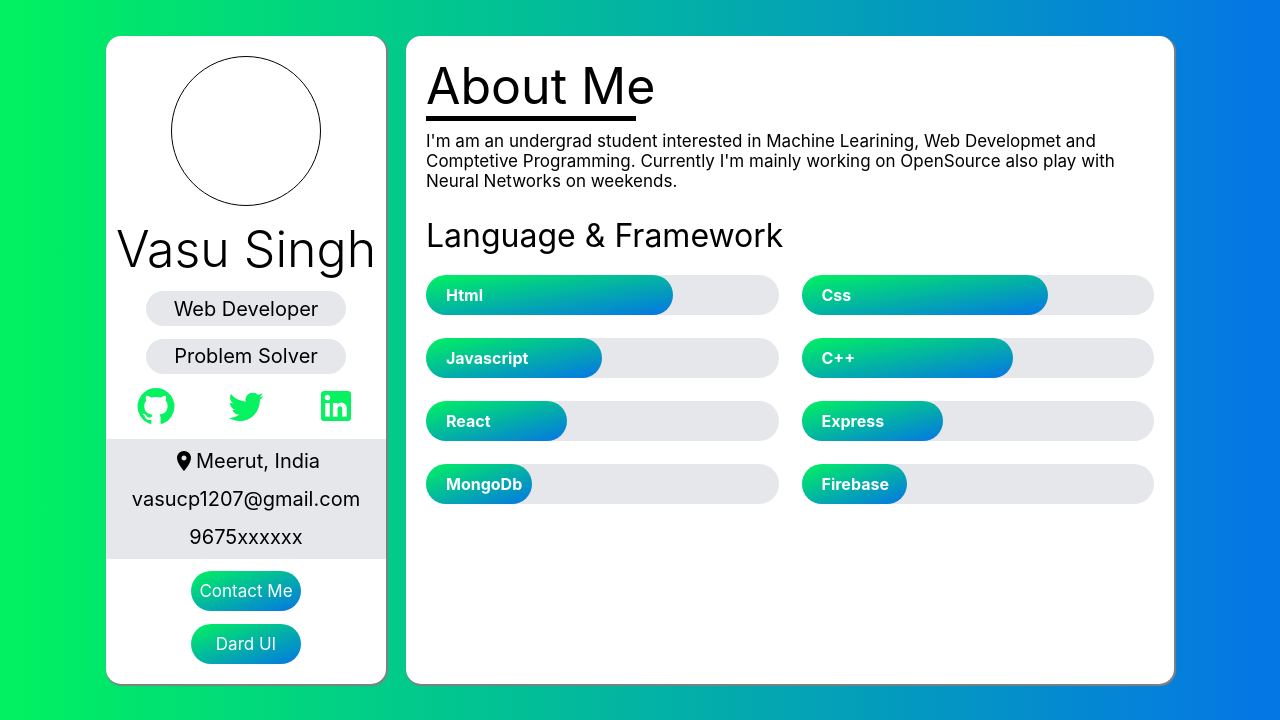
Repository: vasucp1207/grid-port
Page: /about
An editor plug-in stored every save of this project. The page is shown before and after the next save, followed by the edit.
The browser window is 1280 px wide. The pictures show the whole page.
Some web fonts or font styles are not loaded; a fallback is used. The project was rebuilt for these pictures with package versions that can differ from the ones it lists, and the page was loaded fresh each time. Also part of the build but not shown: src/pages/Home.js, src/components/Card.js, src/pages/Projects.js.

Above is the page before, as saved 2022-08-18 21:57:30.

### public/index.html
<!DOCTYPE html>
<html lang="en">
  <head>
    <meta charset="utf-8" />
    <link rel="icon" href="%PUBLIC_URL%/favicon.ico" />
    <meta name="viewport" content="width=device-width, initial-scale=1" />
    <meta name="theme-color" content="#000000" />
    <meta
      name="description"
      content="Web site created using create-react-app"
    />
    <link rel="apple-touch-icon" href="%PUBLIC_URL%/logo192.png" />
    <!--
      manifest.json provides metadata used when your web app is installed on a
      user's mobile device or desktop. See https://developers.google.com/web/fundamentals/web-app-manifest/
    -->
    <link rel="manifest" href="%PUBLIC_URL%/manifest.json" />
    <link rel="preconnect" href="https://fonts.googleapis.com">
<link rel="preconnect" href="https://fonts.gstatic.com" crossorigin>
<link href="https://fonts.googleapis.com/css2?family=Kantumruy+Pro:wght@200;300&family=Open+Sans:ital,wght@0,300;0,600;0,700;1,800&family=Poppins:wght@400;600&family=Raleway:wght@300&family=Roboto+Flex:opsz,wght@8..144,300;8..144,400;8..144,500&display=swap" rel="stylesheet">
    <!--
      Notice the use of %PUBLIC_URL% in the tags above.
      It will be replaced with the URL of the `public` folder during the build.
      Only files inside the `public` folder can be referenced from the HTML.

      Unlike "/favicon.ico" or "favicon.ico", "%PUBLIC_URL%/favicon.ico" will
      work correctly both with client-side routing and a non-root public URL.
      Learn how to configure a non-root public URL by running `npm run build`.
    -->
    <title>React App</title>
  </head>
  <body>
    <noscript>You need to enable JavaScript to run this app.</noscript>
    <div id="root"></div>
    <!--
      This HTML file is a template.
      If you open it directly in the browser, you will see an empty page.

      You can add webfonts, meta tags, or analytics to this file.
      The build step will place the bundled scripts into the <body> tag.

      To begin the development, run `npm start` or `yarn start`.
      To create a production bundle, use `npm run build` or `yarn build`.
    -->
  </body>
</html>

### src/index.css
body {
  margin: 0;
  font-family: -apple-system, BlinkMacSystemFont, 'Segoe UI', 'Roboto', 'Oxygen',
    'Ubuntu', 'Cantarell', 'Fira Sans', 'Droid Sans', 'Helvetica Neue',
    sans-serif;
  -webkit-font-smoothing: antialiased;
  -moz-osx-font-smoothing: grayscale;

  --gray: rgb(236, 102, 173);
  background-image: linear-gradient(to right,#00f260,#0575e6);
}

::selection{
  background: rgb(71, 219, 219);
}

### src/App.js
import './App.css';
import { Link, Route, Routes } from 'react-router-dom';
import AboutMe from './pages/AboutMe';
import Home from './pages/Home';
import Projects from './pages/Projects';

function App() {
  return (
    <div>
      <Routes>
        <Route exact path="/" element={<Home />} />
        <Route exact path="/about" element={<AboutMe />} />
        <Route exact path="/projects" element={<Projects />} />
      </Routes>
    </div>
  );
}

export default App;

### src/App.css
:root {
  --d: 700ms;
  --e: cubic-bezier(0.19, 1, 0.22, 1);
  --font-sans: "Rubik", sans-serif;
  --font-serif: "Cardo", serif;
  font-family: Poppins;
}

* {
  box-sizing: border-box;
  padding: 0;
  margin: 0;
}

html, body {
  height: 100vh;
  width: 100vw;
}

body {
  display: grid;
  place-items: center;
}

.page-content {
  display: grid;
  width: 100vw;
  height: 100vh;
  margin: 0 auto;
}
@media (min-width: 600px) {
  .page-content {
    grid-template-columns: repeat(2, 1fr);
  }
}
@media (min-width: 800px) {
  .page-content {
    grid-template-columns: repeat(2, 1fr);
  }
}

.card {
  position: relative;
  display: flex;
  align-items: flex-end;
  overflow: hidden;
  padding: 1rem;
  width: 100%;
  text-align: center;
  color: whitesmoke;
  background-color: whitesmoke;
  box-shadow: 0 1px 1px rgba(0, 0, 0, 0.1), 0 2px 2px rgba(0, 0, 0, 0.1), 0 4px 4px rgba(0, 0, 0, 0.1), 0 8px 8px rgba(0, 0, 0, 0.1), 0 16px 16px rgba(0, 0, 0, 0.1);
}
@media (min-width: 600px) {
  .card {
    height: 100vh;
  }
}
.card:before {
  content: "";
  position: absolute;
  top: 0;
  left: 0;
  width: 100%;
  height: 110%;
  background-size: cover;
  background-position: 0 0;
  transition: transform calc(var(--d) * 1.5) var(--e);
  pointer-events: none;
}
.card:after {
  content: "";
  display: block;
  position: absolute;
  top: 0;
  left: 0;
  width: 100%;
  height: 200%;
  pointer-events: none;
  background-image: linear-gradient(to bottom, rgba(0, 0, 0, 0) 0%, rgba(0, 0, 0, 0.009) 11.7%, rgba(0, 0, 0, 0.034) 22.1%, rgba(0, 0, 0, 0.072) 31.2%, rgba(0, 0, 0, 0.123) 39.4%, rgba(0, 0, 0, 0.182) 46.6%, rgba(0, 0, 0, 0.249) 53.1%, rgba(0, 0, 0, 0.32) 58.9%, rgba(0, 0, 0, 0.394) 64.3%, rgba(0, 0, 0, 0.468) 69.3%, rgba(0, 0, 0, 0.54) 74.1%, rgba(0, 0, 0, 0.607) 78.8%, rgba(0, 0, 0, 0.668) 83.6%, rgba(0, 0, 0, 0.721) 88.7%, rgba(0, 0, 0, 0.762) 94.1%, rgba(0, 0, 0, 0.79) 100%);
  transform: translateY(-50%);
  transition: transform calc(var(--d) * 2) var(--e);
}
.card:nth-child(1):before {
  background-image: url(https://images.unsplash.com/photo-1493612276216-ee3925520721?ixlib=rb-1.2.1&ixid=MnwxMjA3fDB8MHxwaG90by1wYWdlfHx8fGVufDB8fHx8&auto=format&fit=crop&w=2864&q=80);
  /* background-color: #0575e6; */
}
.card:nth-child(2):before {
  background-image: url(https://images.unsplash.com/photo-1492551557933-34265f7af79e?ixlib=rb-1.2.1&ixid=MnwxMjA3fDB8MHxwaG90by1wYWdlfHx8fGVufDB8fHx8&auto=format&fit=crop&w=1740&q=80);
  /* background-color: #55eb91; */
}
.card:nth-child(3):before {
  background-image: url(https://images.unsplash.com/photo-1545243424-0ce743321e11?ixlib=rb-1.2.1&q=80&fm=jpg&crop=entropy&cs=tinysrgb&w=400&fit=max&ixid=eyJhcHBfaWQiOjE0NTg5fQ);
}
.card:nth-child(4):before {
  background-image: url(https://images.unsplash.com/photo-1531306728370-e2ebd9d7bb99?ixlib=rb-1.2.1&q=80&fm=jpg&crop=entropy&cs=tinysrgb&w=400&fit=max&ixid=eyJhcHBfaWQiOjE0NTg5fQ);
}

.content {
  position: relative;
  display: flex;
  flex-direction: column;
  align-items: center;
  width: 100%;
  padding: 1rem;
  transition: transform var(--d) var(--e);
  z-index: 1;
}
.content > * + * {
  margin-top: 1rem;
}

.title {
  font-size: 50px;
  font-weight: 400;
}

.copy {
  font-size: 30px;
}

.btn {
  cursor: pointer;
  margin-top: 1.5rem;
  padding: 0.75rem 1.5rem;
  font-size: 20px;
  letter-spacing: 0.025rem;
  text-transform: uppercase;
  color: white;
  background-color: black;
  border: none;
}
.btn:hover {
  background-color: white;
  color: black;
  transition: 0.3;
  border-radius: 7px;
}
.btn:focus {
  outline: 1px dashed yellow;
  outline-offset: 3px;
}

@media (hover: hover) and (min-width: 600px) {
  .card:after {
    transform: translateY(0);
  }

  .content {
    transform: translateY(calc(100% - 4.5rem));
  }
  .content > *:not(.title) {
    opacity: 0;
    transform: translateY(1rem);
    transition: transform var(--d) var(--e), opacity var(--d) var(--e);
  }

  .card:hover,
.card:focus-within {
    align-items: center;
  }
  .card:hover:before,
.card:focus-within:before {
    transform: translateY(-4%);
  }
  .card:hover:after,
.card:focus-within:after {
    transform: translateY(-50%);
  }
  .card:hover .content,
.card:focus-within .content {
    transform: translateY(0);
  }
  .card:hover .content > *:not(.title),
.card:focus-within .content > *:not(.title) {
    opacity: 1;
    transform: translateY(0);
    transition-delay: calc(var(--d) / 8);
  }

  .card:focus-within:before, .card:focus-within:after,
.card:focus-within .content,
.card:focus-within .content > *:not(.title) {
    transition-duration: 0s;
  }
}

### src/pages/AboutMe.js
import React from 'react'
import { motion } from 'framer-motion'
import styled from 'styled-components'
import Left from '../components/Left';
import Right from '../components/Right';

function AboutMe() {

    const pageVarients = {
        initial: {
            opacity: 0
        },
        in: {
            opacity: 1
        },
        out: {
            opacity: 0
        }
    }

    return (
        <motion.div
            initial='initial'
            animate='in'
            exit='out'
            variants={pageVarients}
            transition={{ delay: 0.5, type: 'spring' }}
        >

            <Container>
                <Comp>
                    <Left />
                    <Right />
                </Comp>

            </Container>
        </motion.div>
    )
}

export default AboutMe

const Container = styled.div`
`

const Comp = styled.div`
    display: flex;
    gap: 20px;

    @media (max-width: 750px) {
        flex-direction: column;
    }
`

### src/components/Left.js
import React from 'react'
import { motion } from 'framer-motion'
import styled from 'styled-components'
import GitHubIcon from '@mui/icons-material/GitHub';
import TwitterIcon from '@mui/icons-material/Twitter';
import LinkedInIcon from '@mui/icons-material/LinkedIn';
import LocationOnIcon from '@mui/icons-material/LocationOn';

function Left() {
    return (
        <Contanier>
            <div class='avatar'></div>
            <h1 class='name'>Vasu Singh</h1>
            <div class='sim-btn'>Web Developer</div>
            <div class='sim-btn'>Problem Solver</div>
            <div class='icon-cont'>
                <GitHubIcon className='icons' />
                <TwitterIcon className='icons' />
                <LinkedInIcon className='icons' />
            </div>
            <div class='address'>
                <p class='city'><LocationOnIcon /> Meerut, India</p>
                <p>vasucp1207@gmail.com</p>
                <p>9675xxxxxx</p>
            </div>
            <div class='gb-btn'>Contact Me</div>
            <div class='gb-btn'>Dard UI</div>
        </Contanier>
    )
}

export default Left

const Contanier = styled.div`
    height: 90vh;
    width: 280px;
    box-shadow: 1px 1px 1px 1px gray;
    display: flex;
    justify-content: space-between;
    align-items: center;
    flex-direction: column;
    padding-bottom: 20px;
    background: white;
    border-radius: 15px;

    .avatar{
        margin-top: 20px;
        height: 150px;
        border: 1px solid black;
        width: 150px;
        border-radius: 50%;
    }

    .name{
        font-size: 50px;
        font-weight: 300;
    }

    .sim-btn{
        font-size: 20px;
        background: rgb(229,231,235);
        width: 200px;
        height: 35px;
        border-radius: 9999px;
        display: flex;
        justify-content: center;
        align-items: center;
    }

    .icon-cont{
        width: 280px;
        padding-left: 30px;
        padding-right: 30px;
        display: flex;
        justify-content: space-between;
        align-items: center;
    }

    .icons{
        height: 40px;
        width: 40px;
        color: #07f260;
        cursor: pointer;

        :hover{
            color: black;
        }
    }

    .address{
        background: rgb(229,231,235);;
        font-size: 20px;
        display: flex;
        flex-direction: column;
        align-items: center;
        justify-content: space-between;
        width: 280px;
        height: 120px;
        padding: 10px;
    }

    .gb-btn{
        width: 110px;
        border-radius: 9999px;
        background-image: linear-gradient(to right bottom,#00f260,#0575e6);
        color: white;
        font-size: 17px;
        height: 40px;
        display: flex;
        justify-content: center;
        align-items: center;
        cursor: pointer;
    }

    .city{
        display: flex;
        justify-content: center;
        align-items: center;
    }

    @media(max-width: 750px){
        width: 450px;
        margin-top: 30px;
        border-radius: 25px;

        .gb-btn{
            width: 300px;
        }

        .sim-btn{
            width: 400px;
        }

        .address{
            width: 450px;
        }

        .icon-cont{
            width: 350px;
        }
    }
`

### src/components/Right.js
import React from 'react'
import { motion } from 'framer-motion'
import styled from 'styled-components'
import GitHubIcon from '@mui/icons-material/GitHub';
import TwitterIcon from '@mui/icons-material/Twitter';
import LinkedInIcon from '@mui/icons-material/LinkedIn';
import LocationOnIcon from '@mui/icons-material/LocationOn';
import ProgressBar from '../components/ProgressBar';

function Right() {
    return (
        <Container>
            <h1 class='title'>About Me</h1>
            <p class='des'>I'm am an undergrad student interested in Machine Learining, Web Developmet and Comptetive Programming. Currently I'm mainly working on OpenSource also play with Neural Networks on weekends.</p>
            <h1 class='skills'>Language & Framework</h1>

            <div class='all-bar'>
                <ProgressBar lang='Html' per='70%' />
                <ProgressBar lang='Css' per='70%' />
                <ProgressBar lang='Javascript' per='50%' />
                <ProgressBar lang='C++' per='60%' />
                <ProgressBar lang='React' per='40%' />
                <ProgressBar lang='Express' per='40%' />
                <ProgressBar lang='MongoDb' per='30%' />
                <ProgressBar lang='Firebase' per='30%' />
            </div>

        </Container>
    )
}

export default Right

const Container = styled.div`
    height: 90vh;
    width: 60vw;
    box-shadow: 1px 1px 1px 1px gray;
    background: white;
    border-radius: 15px;
    padding: 20px;

    .title{
        font-weight: 400;
        margin-bottom: 10px;
    }

    .title::after{
        content: '';
        width: 210px;
        height: 5px;
        background-color: black;
        display: block;
        margin-top: ;
    }

    .des{
        font-size: 17px;
        margin-bottom: 25px;
    }

    .skills{
        font-weight: 400;
        margin-bottom: 20px;
    }

    .all-bar{
        display: grid;
        grid-template-columns: repeat(2, 1fr);
        margin-top: 10px;
        justify-content: space-between;
        gap: 23px;
    }

    @media(max-width: 750px){
        width: 450px;
    }
`

### src/components/ProgressBar.js
import React from 'react'
import styled from 'styled-components'
import { motion } from 'framer-motion'

function ProgressBar({ lang, per }) {
    return (
        <Contanier>
            <div class='bar'>
                <motion.div className='fill'
                    animate={{ width: per }}
                    transition={{ duration: 2 }}
                >
                    <p class='lang'>{lang}</p>
                </motion.div>
            </div>
        </Contanier>
    )
}

export default ProgressBar

const Contanier = styled.div`
    .bar{
        width: 100%;
        height: 40px;
        border-radius: 9999px;
        background: rgb(229,231,235);
    }

    .fill{
        display: flex;
        align-items: center;
        padding: 20px;
        width: 0;
        border-radius: 9999px;
        height: 30px;
        background-image: linear-gradient(to right bottom,#00f260,#0575e6);
    }

    .lang{
        color: white;
        font-weight: bold;
    }
`

Loaded but not shown: src/index.js (common file)

After the next save:
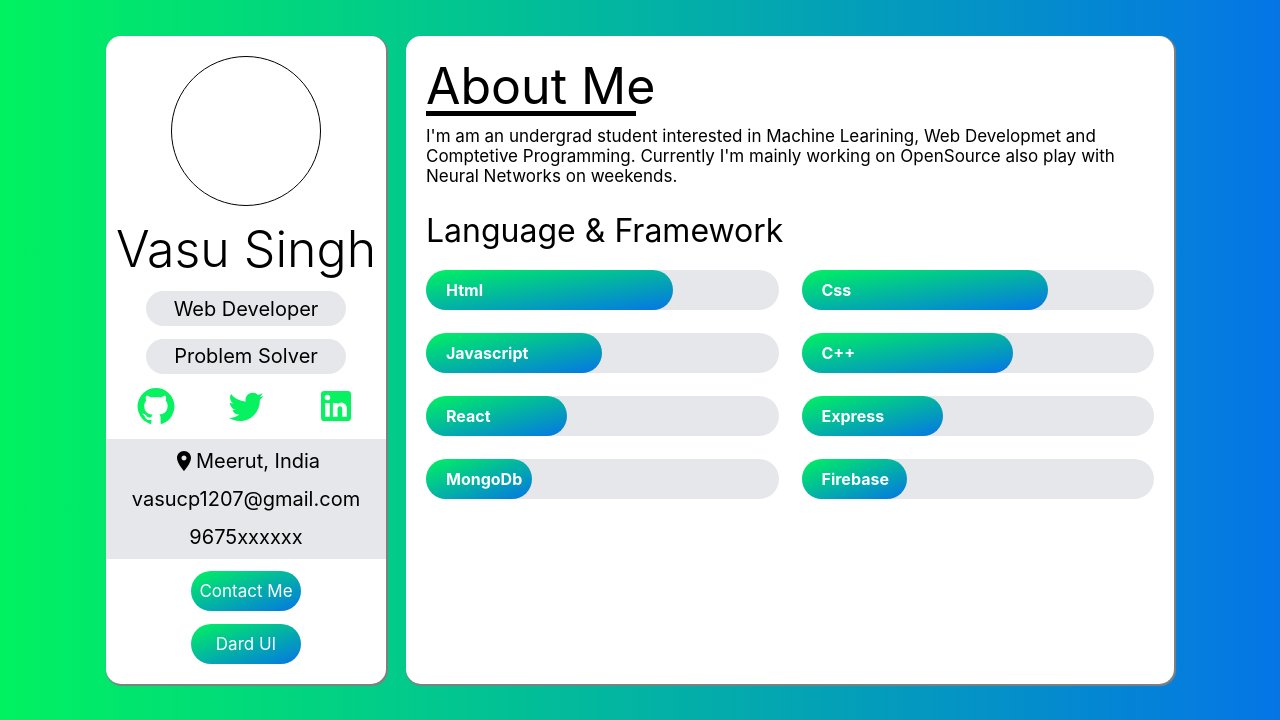
Saved 4 s later.
--- a/src/components/Right.js
+++ b/src/components/Right.js
@@ -50,7 +50,7 @@
         height: 5px;
         background-color: black;
         display: block;
-        margin-top: ;
+        margin-top: -5px;
     }
 
     .des{

After the save that followed:
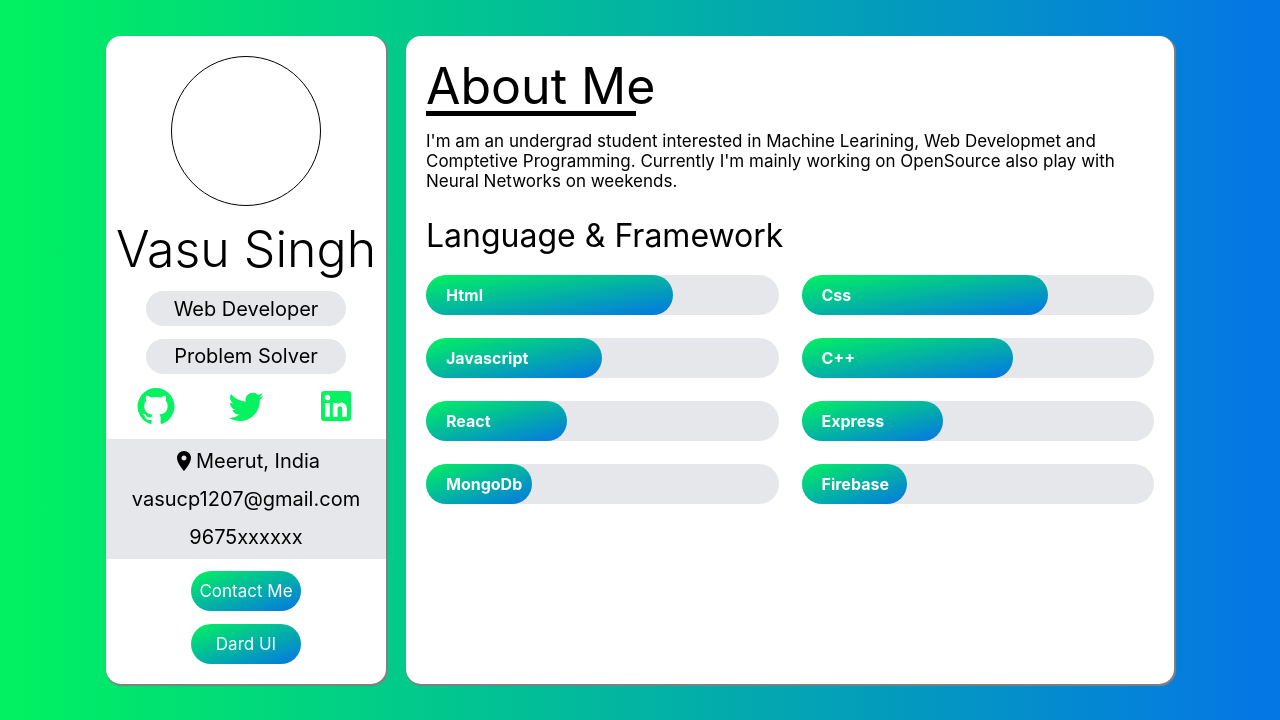
Saved 9 s later.
--- a/src/components/Right.js
+++ b/src/components/Right.js
@@ -41,7 +41,7 @@
 
     .title{
         font-weight: 400;
-        margin-bottom: 10px;
+        margin-bottom: 15px;
     }
 
     .title::after{
